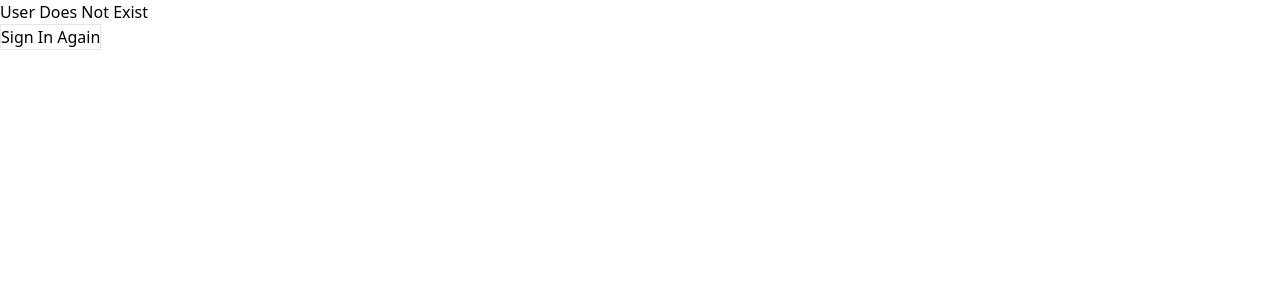
Repository: Inocencious/dashboardBackend
Page: /dashboard (app in frontend/)
These files come from the project's save history. The page is drawn as it stood at one moment and after a run of saves; the edit follows.
The browser window is 1280 px wide. The pictures show the whole page.
The project was rebuilt for these pictures with package versions that can differ from the ones it lists, and the page was loaded fresh each time. Also part of the build but not shown: frontend/vite.config.ts, frontend/src/graphs/TotalBalance.tsx, frontend/src/graphs/SavingsOverTime.tsx, frontend/src/graphs/ExpenseOverTime.tsx, frontend/src/graphs/SavingExpenseChart.tsx, frontend/src/graphs/SavingGoal.tsx, frontend/src/graphs/TransactionHistory.tsx, frontend/src/components/Logout.tsx and 2 more.

Above is the page before, as saved 2024-11-29 16:54:50.

### frontend/src/main.tsx
import { StrictMode } from 'react'
import { createRoot } from 'react-dom/client'
import './index.css'
import App from './App.tsx'
import { DataProvider } from './context/DataContext.tsx'
import { GoogleOAuthProvider } from '@react-oauth/google'

createRoot(document.getElementById('root')!).render(
  <StrictMode>
    <GoogleOAuthProvider clientId="263836092252-bjb6425hroo5p9tpco97c7gv3ktshtdi.apps.googleusercontent.com">
      <DataProvider>
        <App />
      </DataProvider>
    </GoogleOAuthProvider>

  </StrictMode>,
)

### frontend/src/App.tsx
import Dashboard from "./components/Dashboard"
import { BrowserRouter as  Router, Routes, Route } from "react-router-dom"
import Login from "./components/Login"
import { DataProvider } from "./context/DataContext"

function App() {

  return (
    <>
          <Router>
            <Routes>
              <Route path="/" element={<Login />} />
              <Route path="/dashboard" element={
                <DataProvider>
                  <Dashboard />
                </DataProvider>
                } />
            </Routes>
          </Router>
    </>
  )
}

export default App

### frontend/src/context/DataContext.tsx
import { createContext, useState, useContext, useEffect } from 'react';
import axios from 'axios';

interface Data {
  data: { totalBalance: number; totalSavings: number; totalExpense: number};
  monthlyData: { month: string; saving: number; expense: number; cumulativeSaving: number }[];
  savingGoals: { name: string; percent: number; fill: string }[];
  transactions: { date: string; type: string; amount: number; isIncome: boolean }[];
}

interface DataContextProps {
  data: Data | null;
  setData: React.Dispatch<React.SetStateAction<Data | null>>;
}

const DataContext = createContext<DataContextProps | undefined>(undefined);

export const useData = () => {
  const context = useContext(DataContext);
  if (!context) {
    throw new Error("useData must be used within a DataProvider");
  }
  return context;
};

export const DataProvider: React.FC<{ children: React.ReactNode }> = ({ children }) => {
  const [data, setData] = useState<Data | null>(null);

  useEffect(() => {
    const fetchData = async () => {
      try {
        const email = localStorage.getItem('userEmail');
        if (!email) {
          console.error('No email found in localStorage');
          return;
        }

        const response = await axios.get(`http://localhost:4000/api/data/${email}`);
        setData(response.data);
      } catch (error) {
        console.error('Error fetching data:', error);
      }
    };

    fetchData();
  }, [localStorage.getItem('userEmail')]);

  return (
    <DataContext.Provider value={{ data, setData }}>
      {children}
    </DataContext.Provider>
  );
};

### frontend/src/components/Dashboard.tsx
import { useEffect } from "react";
import { useData } from "../context/DataContext";
import TotalBalance from "../graphs/TotalBalance";
import SavingsOverTime from "../graphs/SavingsOverTime";
import ExpenseOverTime from "../graphs/ExpenseOverTime";
import SavingExpenseChart from "../graphs/SavingExpenseChart";
import SavingGoal from "../graphs/SavingGoal";
import TransactionHistory from "../graphs/TransactionHistory";
import Navigation from "./Navigation";
import { useNavigate } from "react-router-dom";

const Dashboard = () => {
    const navigate = useNavigate()

    const { data } = useData();

  useEffect(() => {
    if (data) {
      console.log("Data has been loaded:", data);
    }
  }, [data]);

  if (!data) {
    return (
      <>
        <div>User Does Not Exist</div>
        <button className="border" onClick={()=>navigate("/")}>Sign In Again</button>
      </>

    );
  }

  return (
    <>
    <Navigation></Navigation>
    <div className="px-8 py-8 h-screen">
      <div className="lg:flex w-full gap-8  h-full">
        <div className="flex flex-col gap-8 flex-[3] ">
          <div className="flex-1 lg:flex border h-full rounded-3xl">
            <div className="p-4 flex-1 h-fit">
              <p className=" text-lg text-black/50 mb-8 font-bold">
                Total Balance:
              </p>
              <h1 className="text-4xl font-semibold">
                $ {data.data.totalBalance}
                <span className="text-black/50 text-3xl">.00</span>
              </h1>
              <p className="text-green-600 font-medium">
                +6.7%
                <span className="font-normal text-black/50">
                  {" "}
                  From Last Month
                </span>
              </p>
              <div className="flex">
                <TotalBalance></TotalBalance>
              </div>
            </div>

            <div className="p-4 flex-1 h-fit">
              <p className=" text-lg text-black/50 mb-8 font-bold">
                Total Savings:
              </p>
              <h1 className="text-4xl font-semibold">
                $ {data.data.totalSavings}
                <span className="text-black/50 text-3xl">.00</span>
              </h1>
              <p className="text-green-600 font-medium">
                +10.2%
                <span className="font-normal text-black/50">
                  {" "}
                  From Last Month
                </span>
              </p>
              <div className="flex">
                <SavingsOverTime></SavingsOverTime>
              </div>
            </div>

            <div className="p-4 flex-1 h-fit">
              <p className=" text-lg text-black/50 mb-8 font-bold">
                Total Expense:
              </p>
              <h1 className="text-4xl font-semibold">
                $ {data.data.totalExpense}
                <span className="text-black/50 text-3xl">.00</span>
              </h1>
              <p className="text-red-600 font-medium">
                +5.2%
                <span className="font-normal text-black/50">
                  {" "}
                  From Last Month
                </span>
              </p>
              <div className="flex">
                <ExpenseOverTime></ExpenseOverTime>
              </div>
            </div>
          </div>
          <div className="flex-1 lg:gap-8 lg:flex h-full">
            <div className="flex-[2] h-full">
              <div className="border rounded-3xl p-4 overflow-clip">
                <p className=" text-lg text-black/50 mb-2 font-bold">
                  Savings Vs Expense:
                </p>
                <SavingExpenseChart/>
              </div>
            </div>
            <div className="flex-1 h-full mt-8 lg:mt-0">
              <div className="border rounded-3xl p-4 overflow-clip">
                <p className=" text-lg text-black/50 mb-2 font-bold">
                  Saving Goal:
                </p>
                <SavingGoal/>
              </div>
            </div>
          </div>
        </div>

        <div className="flex-1 h-full mt-8 lg:mt-0">
          <div className="p-4 pb-0 h-full bg-gray-100 rounded-3xl overflow-hidden">
            <p className=" text-lg text-black/50 mb-8 font-bold">
              Transaction History:
            </p>
            <div className="flex">
              <TransactionHistory></TransactionHistory>
            </div>
          </div>
        </div>
      </div>
    </div>
    </>

  );
};

export default Dashboard;

Loaded but not shown: frontend/index.html (common file); frontend/src/index.css (common file); frontend/tailwind.config.js (common file)

After the next 2 saves:
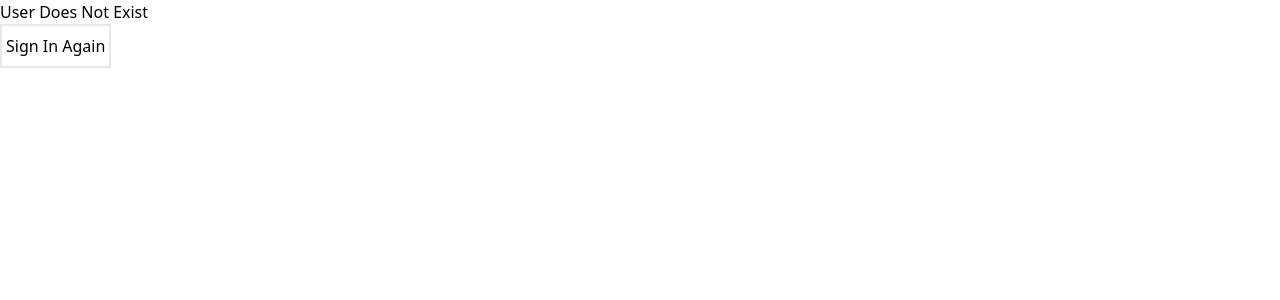
The 2 saves are shown as one change because they came seconds apart.
The last was saved 18 s later.
--- a/frontend/src/components/Dashboard.tsx
+++ b/frontend/src/components/Dashboard.tsx
@@ -24,7 +24,7 @@ const Dashboard = () => {
     return (
       <>
         <div>User Does Not Exist</div>
-        <button className="border" onClick={()=>navigate("/")}>Sign In Again</button>
+        <button className="border-2 py-2 px-1" onClick={()=>navigate("/")}>Sign In Again</button>
       </>
 
     );
